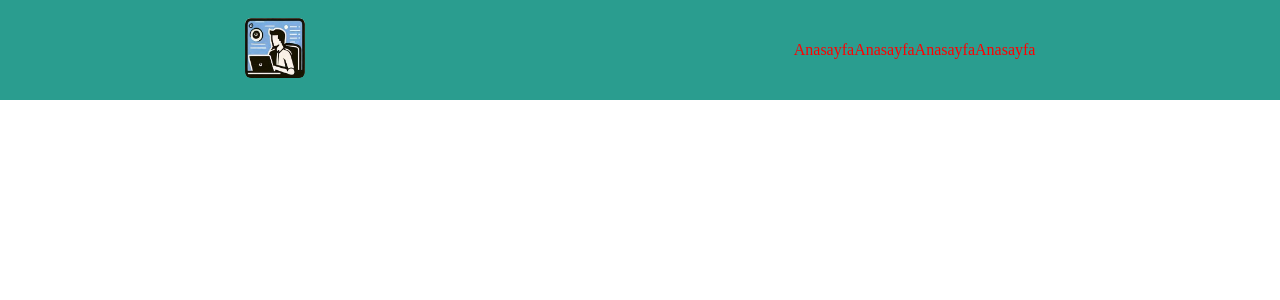
Repository: 0hasandemirtas/react-odev
Page: /
These files come from the project's save history. The page is drawn as it stood at one moment and after the next save; the edit follows.
The browser window is 1280 px wide. The pictures show the whole page.
The project was rebuilt for these pictures with package versions that can differ from the ones it lists, and the page was loaded fresh each time.

Above is the page before, as saved 2024-06-15 22:42:03.

After the next save:
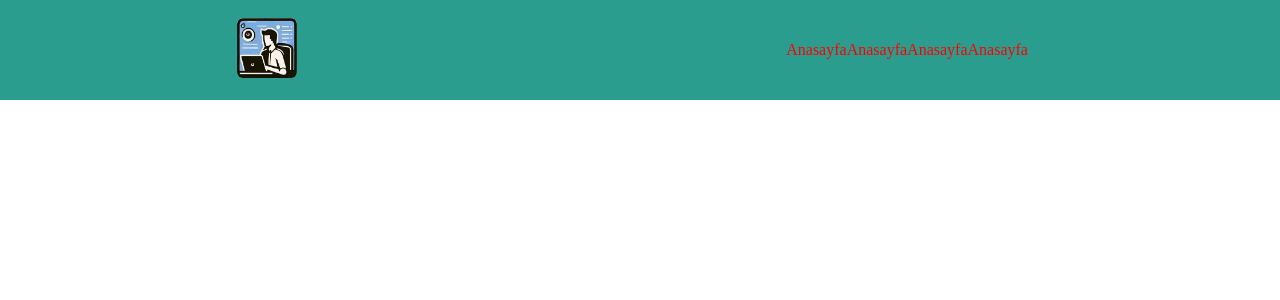
Saved 84 s later.
--- a/src/components/header/stylesheet.js
+++ b/src/components/header/stylesheet.js
@@ -24,7 +24,8 @@
     },
     titleContainer:{
         display:"flex",
-        flexDirection:"colunm"
+        flexDirection:"colunm",
+        margin:"15px"
     }
 },
 {

After the save that followed:
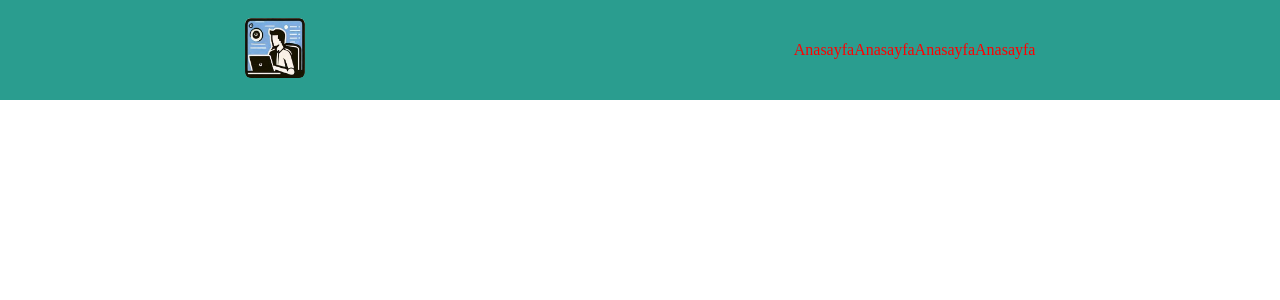
Saved 14 s later.
--- a/src/components/header/stylesheet.js
+++ b/src/components/header/stylesheet.js
@@ -25,7 +25,7 @@
     titleContainer:{
         display:"flex",
         flexDirection:"colunm",
-        margin:"15px"
+        justifyContent:"space-between"
     }
 },
 {
